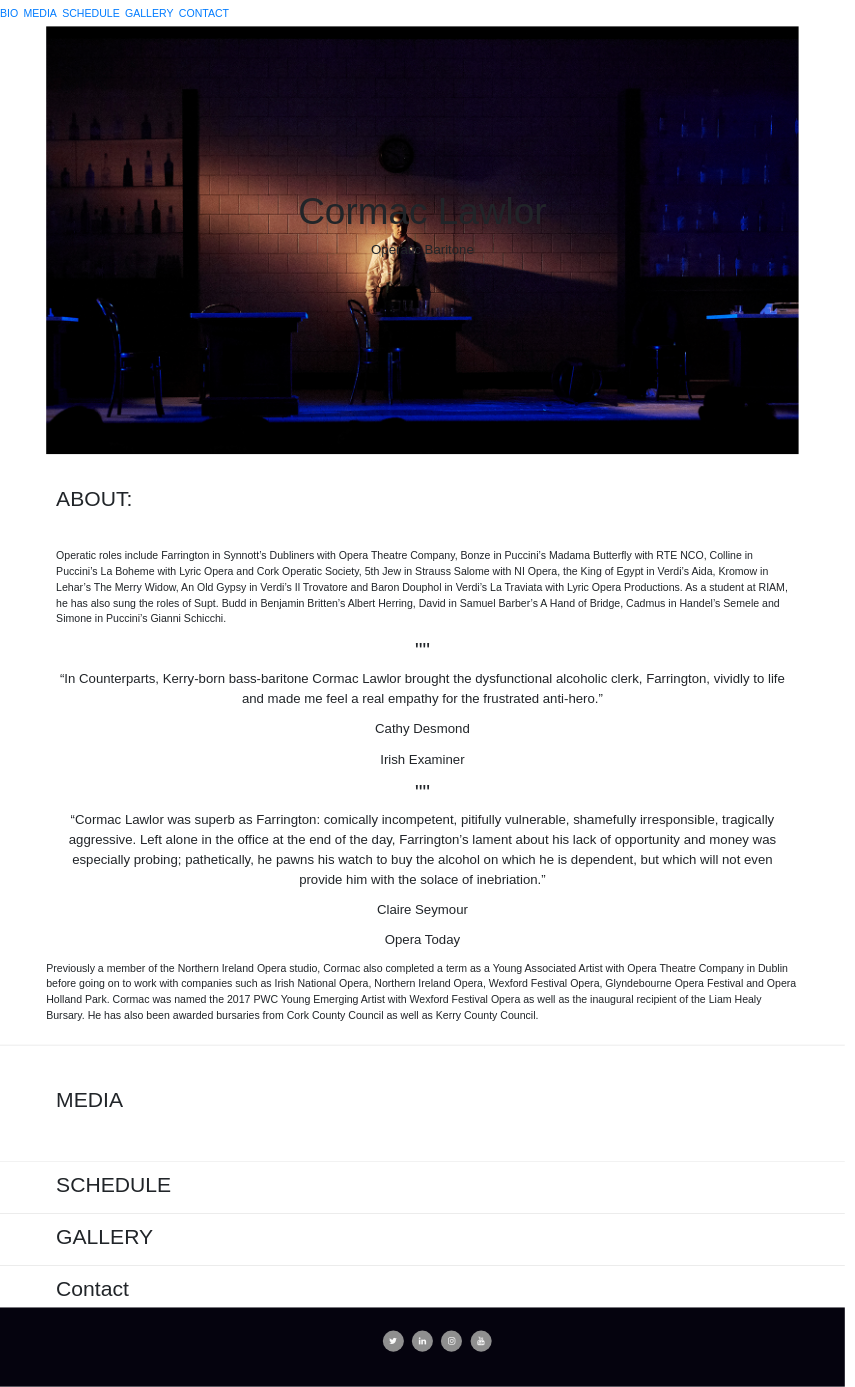
Repository: armedcor/frontend-project
Page: index.html
The author's editor kept a record of every edit. The page is drawn from the files as they stood at one moment, then again after the next edit.
The browser window is 1280 px wide. The page is 1295 px wide, so the pictures cover 1295 px, including what lies to the right of the window. The pictures show the whole page, at 66% of full size.
Backgrounds fixed to the window are drawn as part of the page.

Above is the page before.

After the next edit:
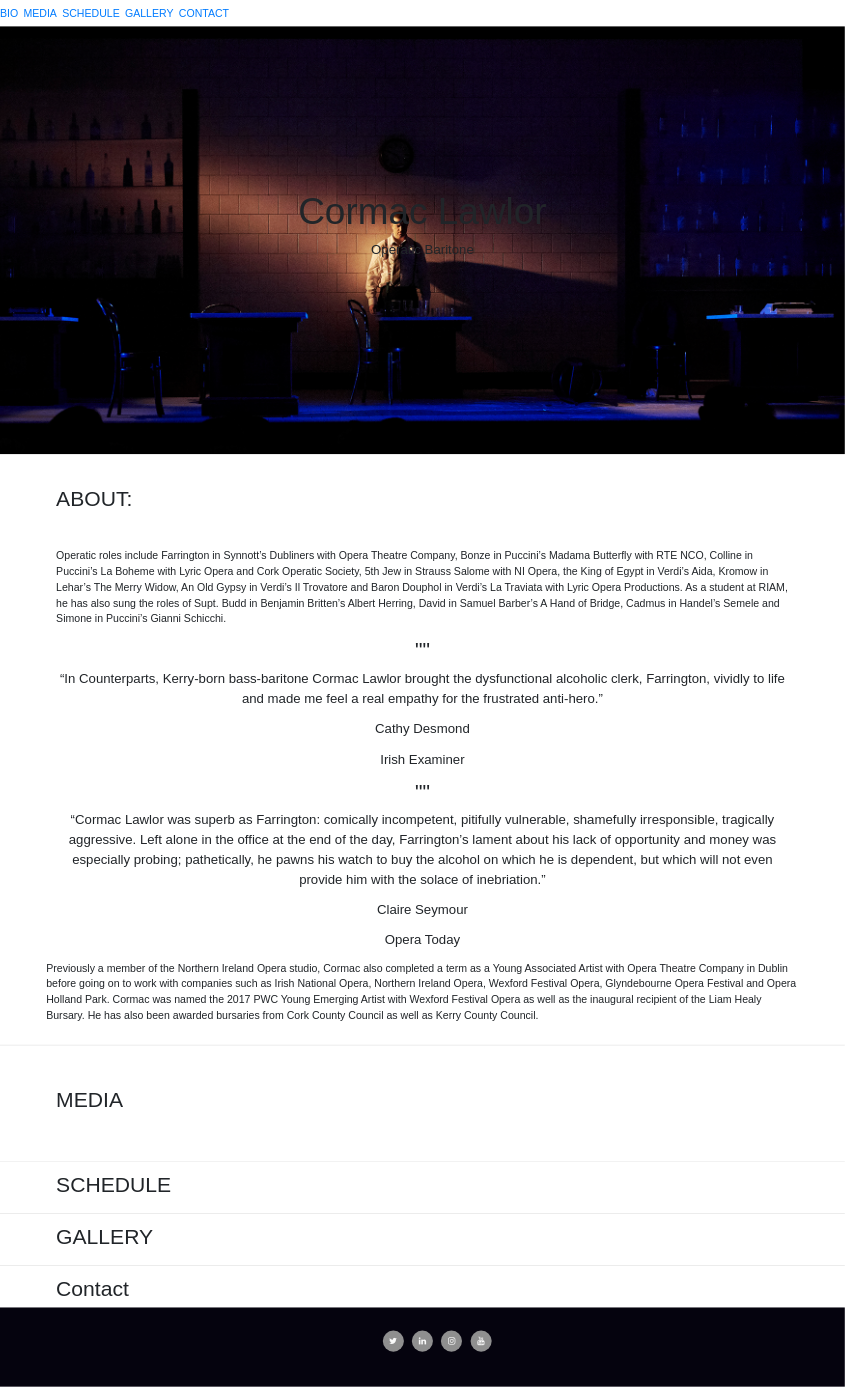
The edit:
--- a/index.html
+++ b/index.html
@@ -28,7 +28,7 @@
         </ul>
     </nav>
 
-    <div class="container callout-container">
+    <div class="container-fluid callout-container">
         <div class="row">
             <div class="col-12">
                 <section class="jumbotron text-center landing-image">
